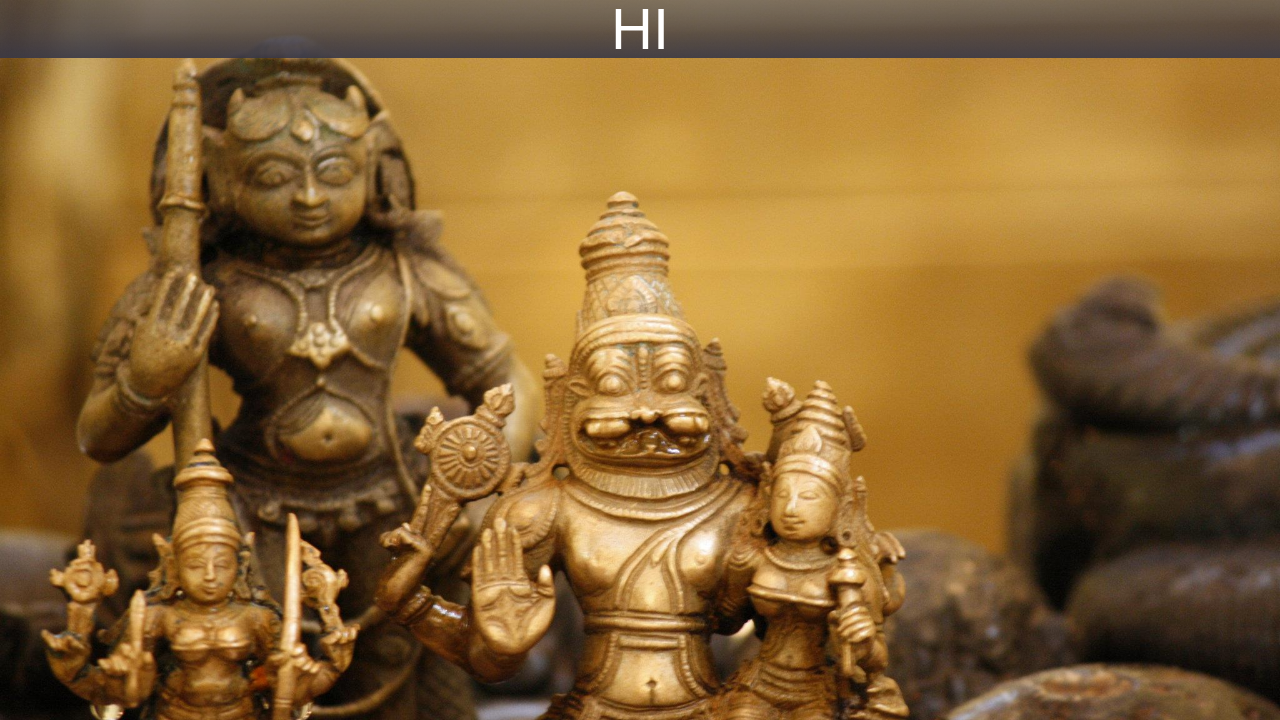
Repository: anirudhbichal/gs
Page: /
The author's editor kept a copy of each file at every save. The page is drawn from the files as they stood at one save, then again after the next save.
The browser window is 1280 px wide. The pictures show the whole page.
Some web fonts or font styles are not loaded; a fallback is used. The project was rebuilt for these pictures with package versions that can differ from the ones it lists, and the page was loaded fresh each time.

Above is the page before, as saved 2021-05-18 22:37:05.

### public/index.html
<!DOCTYPE html>
<html lang="en">
  <head>
    <meta charset="utf-8" />
    <link rel="icon" href="%PUBLIC_URL%/om_col.svg" />
    <meta name="viewport" content="width=device-width, initial-scale=1" />
    <meta name="theme-color" content="#000000" />
    <meta
      name="description"
      content="Gnana Satra Website Develop"
    />
    <link rel="apple-touch-icon" href="%PUBLIC_URL%/om_col.svg" />
    <!--
      manifest.json provides metadata used when your web app is installed on a
      user's mobile device or desktop. See https://developers.google.com/web/fundamentals/web-app-manifest/
    -->
    <link rel="manifest" href="%PUBLIC_URL%/manifest.json" />
    <!--
      Notice the use of %PUBLIC_URL% in the tags above.
      It will be replaced with the URL of the `public` folder during the build.
      Only files inside the `public` folder can be referenced from the HTML.

      Unlike "/favicon.ico" or "favicon.ico", "%PUBLIC_URL%/favicon.ico" will
      work correctly both with client-side routing and a non-root public URL.
      Learn how to configure a non-root public URL by running `npm run build`.
    -->
    <title>Gnana Satra</title>
  </head>
  <body>
    <noscript>You need to enable JavaScript to run this app.</noscript>
    <div id="root"></div>
    <!--
      This HTML file is a template.
      If you open it directly in the browser, you will see an empty page.

      You can add webfonts, meta tags, or analytics to this file.
      The build step will place the bundled scripts into the <body> tag.

      To begin the development, run `npm start` or `yarn start`.
      To create a production bundle, use `npm run build` or `yarn build`.
    -->
  </body>
</html>

### src/App.js
import 'bootstrap/dist/css/bootstrap.min.css';
import './App.css';
import Container from 'react-bootstrap/Container';
import Timer from "./components/countdown/Timer";

function App() {
  return (
    <div className="App">
      {/* <Container className="my-5">
        <h1>
          Gnana Satra 2021
        </h1>
        <h2 className="mb-5">Live In</h2>
        <Timer />
        <h4 className="mt-5">
          Annual Gnana Satra this year to be held during 26/5/2021 to 1/6/2021 from 7pm to 8pm by Shri PT Venkatagirish Achar
        </h4>
        <h4 className="mt-4">
          Topic: Sundarakanda
        </h4>
        <h4>
          Location: Zoom (Meeting Link will be updated soon)
        </h4>

        <h5 className="mt-4 group-link">
          <a href="https://chat.whatsapp.com/Bpkp3Sle3405H2w5DgFScy" target="_blank">Join this whatsapp group to get updates regarding Pravachana </a>
        </h5>
      </Container> */}
      <h1>Hi</h1>
    </div>
  );
}

export default App;

### src/App.css
@import url("https://fonts.googleapis.com/css?family=Roboto+Mono&display=swap");
@import url('https://fonts.cdnfonts.com/css/samarkan');

body {
  color: #fff;
  font-family: "Roboto Mono", sans-serif;
  background-image: url('gs-bg.jpg');
  background-repeat: no-repeat;
  background-size: cover;
  background-position: top top;
  background-attachment: fixed;
}

.App {
  text-align: center;
  background: rgb(55, 55, 70);
  background: linear-gradient(
    0deg,
    rgba(55, 55, 70, 0.9) 0%,
    rgba(55, 55, 70, 0.7) 50%,
    rgba(55, 55, 70, 0.6) 100%
  );
}

h1 {
  font-family: 'Samarkan', sans-serif;
  font-size: 58px;
  text-transform: uppercase;
  line-height: 1;
}

.group-link a,.group-link a:hover, .group-link a:visited {
  color: #fff;
  text-decoration: underline;
}

### src/components/countdown/Timer.js
import React, { Component } from "react";
// import moment from 'moment';
import Container from 'react-bootstrap/Container';
import Row from 'react-bootstrap/Row';
import Col from 'react-bootstrap/Col';
import "./Timer.css";

class CountDown extends Component {
  constructor(props) {
    super(props);
    this.count = this.count.bind(this);
    this.state = {
      days: 0,
      minutes: 0,
      hours: 0,
      secounds: 0,
      time_up: ""
    };
    this.x = null;
    this.deadline = null;
  }
  count() {
    var now = new Date().getTime();
    var t = this.deadline - now;
    var dd = Math.floor(t / (1000 * 60 * 60 * 24));
    var hh = Math.floor((t % (1000 * 60 * 60 * 24)) / (1000 * 60 * 60));
    var mm = Math.floor((t % (1000 * 60 * 60)) / (1000 * 60));
    var ss = Math.floor((t % (1000 * 60)) / 1000);

    var days = dd < 10 ? "0" + dd : dd;
    var hours = hh < 10 ? "0" + hh : hh;
    var minutes = mm < 10 ? "0" + mm : mm;
    var seconds = ss < 10 ? "0" + ss : ss;

    this.setState({ days, minutes, hours, seconds });

    if (t < 0) {
      clearInterval(this.x);
      this.setState({
        days: 0,
        minutes: 0,
        hours: 0,
        seconds: 0,
        time_up: "TIME IS UP"
      });
    }
  }
  componentDidMount() {
    this.deadline = new Date("May 26, 2021 19:00:00").getTime();

    this.x = setInterval(this.count, 1000);
  }

  render() {
    const { days, seconds, hours, minutes } = this.state;
    return (
      <Container id="countdown">
        <Row>
            <Col>
                <div className="box">
                    <p id="day">{days}</p>
                    <span className="text">Days</span>
                </div>
            </Col>
            <Col>
                <div className="box">
                    <p id="hour">{hours}</p>
                    <span className="text">Hours</span>
                </div>
            </Col>
            <Col>
                <div className="box">
                    <p id="minute">{minutes}</p>
                    <span className="text">Minutes</span>
                </div>
            </Col>
            <Col>
                <div className="box">
                    <p id="second">{seconds}</p>
                    <span className="text">Seconds</span>
                </div>
            </Col>
        </Row>
      </Container>
    );
  }
}

export default CountDown;

### src/components/countdown/Timer.css
#countdown {
    padding: 10px;
    background-color: rgba(255, 255, 255, 0.1);
    display: inline-block;
    text-align: center;
    margin: auto;
  }
  #countdown .box {
    padding: 10px;
    border-right: solid 1px rgba(255, 255, 255, 0.2);
  }
  #countdown .col-4:last-child .box {
    border-right-color: transparent;
  }
  #countdown .box p {
    font-size: 20px;
    font-weight: bold;
    margin: 0;
  }
  #countdown .box .text {
    font-size: 12px;
    font-family: sans-serif;
  }

Loaded but not shown: src/index.js (common file); src/index.css (common file); src/reportWebVitals.js (common file)

After the next save:
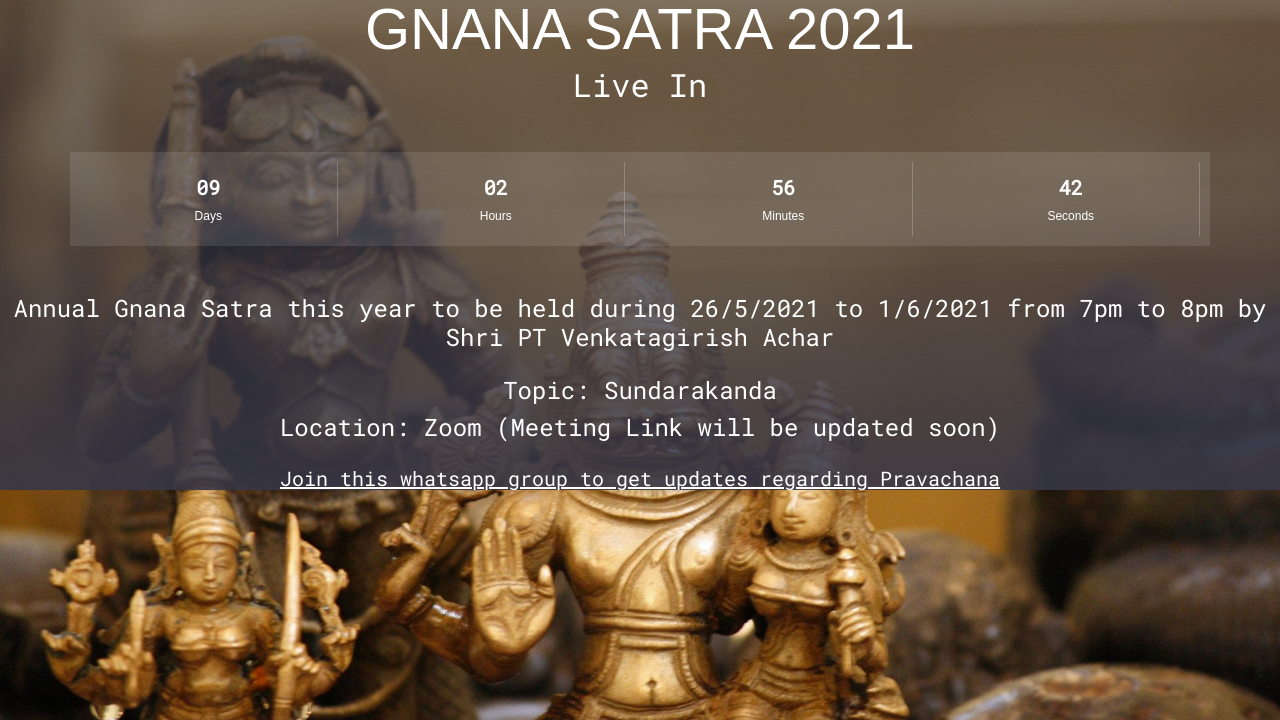
Saved 29 s later.
--- a/src/App.js
+++ b/src/App.js
@@ -26,7 +26,24 @@ function App() {
           <a href="https://chat.whatsapp.com/Bpkp3Sle3405H2w5DgFScy" target="_blank">Join this whatsapp group to get updates regarding Pravachana </a>
         </h5>
       </Container> */}
-      <h1>Hi</h1>
+        <h1>
+          Gnana Satra 2021
+        </h1>
+        <h2 className="mb-5">Live In</h2>
+        <Timer />
+        <h4 className="mt-5">
+          Annual Gnana Satra this year to be held during 26/5/2021 to 1/6/2021 from 7pm to 8pm by Shri PT Venkatagirish Achar
+        </h4>
+        <h4 className="mt-4">
+          Topic: Sundarakanda
+        </h4>
+        <h4>
+          Location: Zoom (Meeting Link will be updated soon)
+        </h4>
+
+        <h5 className="mt-4 group-link">
+          <a href="https://chat.whatsapp.com/Bpkp3Sle3405H2w5DgFScy" target="_blank">Join this whatsapp group to get updates regarding Pravachana </a>
+        </h5>
     </div>
   );
 }
